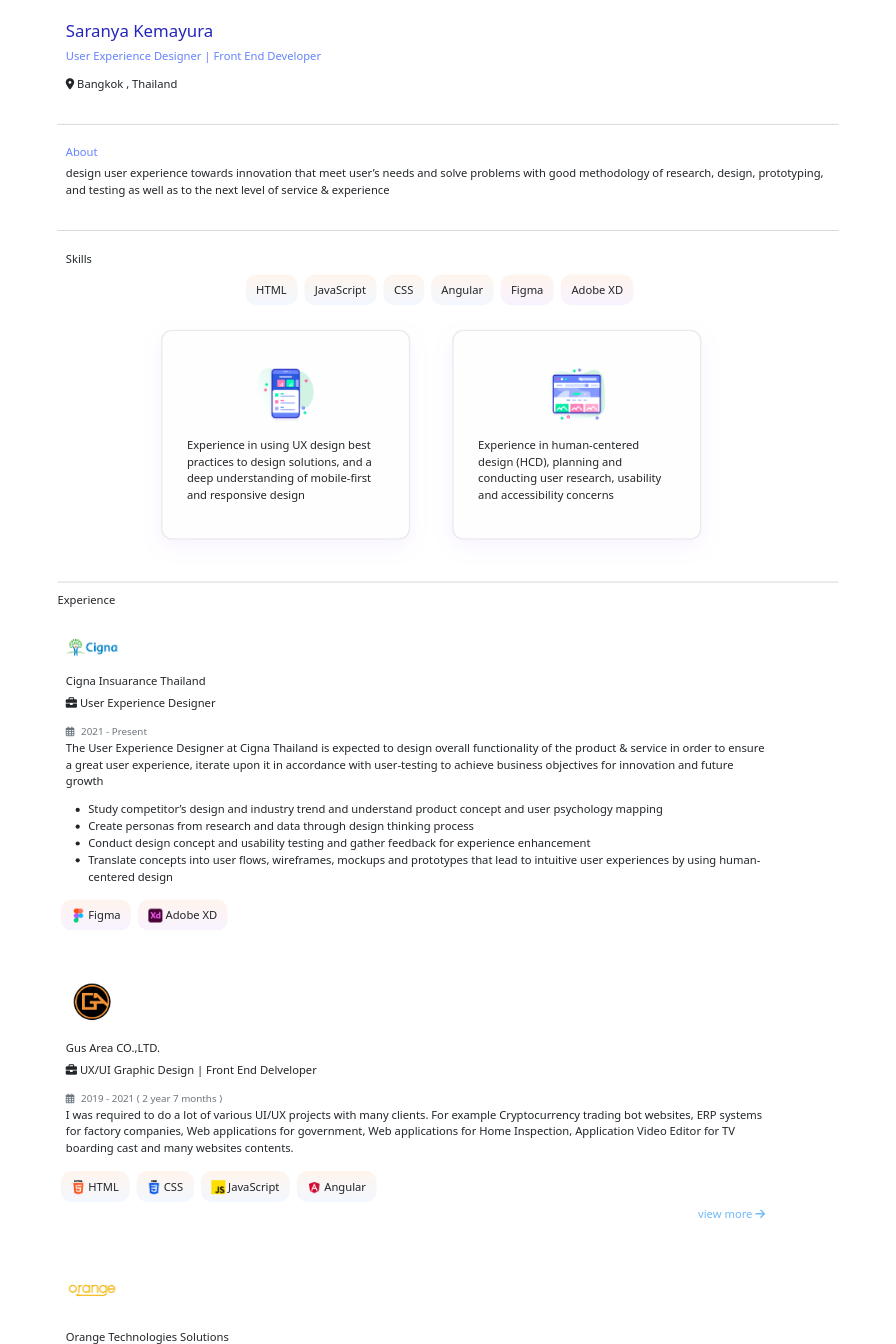
Repository: 0910th/portfolio
Page: index.html
These files come from the project's save history. The page is drawn as it stood at one moment and after the next save; the edit follows.
The browser window is 1280 px wide. The pictures show the part of the page from y = 0 to 1920 px (the page is 2951 px tall), at 70% of full size.

Above is the page before, as saved 2022-12-23 16:49:50.

### index.html
<!doctype html>
<html lang="en">

<head>
    <meta charset="utf-8">
    <meta name="viewport" content="width=device-width, initial-scale=1">
    <title>Saranya Portfolio</title>

    <link href="./css/bootstrap.min.css" rel="stylesheet" crossorigin="anonymous">
    <link href="./css/mystyle.css" rel="stylesheet" crossorigin="anonymous">
    <!--font awesome -->
    <link rel="stylesheet" href="./fontawesome/css/all.css" type="text/css">
    <link rel="stylesheet" href="./fontawesome/css/fontawesome.css">
    <link rel="stylesheet" href="./fontawesome/css/brands.css">
    <link rel="stylesheet" href="./fontawesome/css/solid.css">
</head>

<body>

    <div class="container-md">
        <!-- Content here -->
        <!-- section01 Name  -->
        <div class="row mg-30">
            <h4 class="purple-deep">Saranya Kemayura</h4>
            <p class="purple-light">User Experience Designer | Front End Developer</p>
            <p><i class="fa-solid fa-location-dot"></i> Bangkok , Thailand </p>
        </div>
        <hr>
        <div class="row mg-30 bg-gradient-head">

            <h6 class="purple-light">About</h6>
            <p >design user experience towards innovation that meet user’s needs and solve problems with good methodology of
                research,
                design, prototyping, and testing as well as to the next level of service & experience</p>
        </div>
        <hr>
        <div class="row mg-30">
            <h6>Skills</h6>
            <div class="row justify-content-center">
                <div class="badge-text code">HTML</div>
                <div class="badge-text code">JavaScript</div>
                <div class="badge-text code">CSS</div>
                <div class="badge-text code">Angular</div>
                <div class="badge-text design">Figma</div>
                <div class="badge-text design">Adobe XD</div>
            </div>


            <div class="row">
                <div class="row justify-content-center">
                    <div class="col-md-4 col-sm-6 col-sx-12 card-skills">
                        <img class="card-icon" src="/images/user-interface.png">
                        Experience in using UX design best practices to design solutions, and a deep understanding of mobile-first and
                        responsive design
                    </div>
                    <div class="col-md-4 col-sm-6 col-sx-12 card-skills">
                        <img class="card-icon" src="/images/user-interface-research.png">
                        Experience in human-centered design (HCD), planning and conducting user research, usability and accessibility concerns
                    </div>
                </div>
            </div>

        </div>
        <hr>
        <div class="row">

            <h6>Experience</h6>
            <div class="row mg-30 vertical-line">
                <div class="col">
                    <img class="office-logo" src="/images/cignalogo.png">
                </div>
                <div class="col-11">
                    <h6> Cigna Insuarance Thailand </h6>
                    <p><i class="fa-solid fa-briefcase"></i> User Experience Designer </p>
                    <small class="text-muted"> <i class="fa-regular fa-calendar-days"></i> 2021 - Present </small>

                    <p > The User Experience Designer at Cigna Thailand is expected to design overall functionality of the product & service in
                    order to ensure a great user experience, iterate upon it in accordance with user-testing to achieve business objectives
                    for innovation and future growth </p>
                        <ul>
                            <li>Study competitor’s design and industry trend and understand product concept and user psychology mapping</li>
                            <li>Create personas from research and data through design thinking process</li>
                            <li>Conduct design concept and usability testing and gather feedback for experience enhancement</li>
                            <li>Translate concepts into user flows, wireframes, mockups and prototypes that lead to intuitive user experiences by
                            using human-centered design</li>
                        </ul>
                        <div class="row">
                            <div class="badge-text design"><img src="/images/figma.png" class="icon-logo"> Figma </div>
                            <div class="badge-text design"><img src="/images/xd.png" class="icon-logo"> Adobe XD </div>

                        </div>
                </div>

            </div>
            <div class="row mg-30 vertical-line">
                <div class="col">
                    <img class="office-logo" src="/images/guslogo.png">
                </div>
                <div class="col-11">
                    <h6> Gus Area CO.,LTD.   </h6>
                    <p> <i class="fa-solid fa-briefcase"></i> UX/UI Graphic Design | Front End Delveloper </p>
                    <small class="text-muted"> <i class="fa-regular fa-calendar-days"></i> 2019 - 2021 ( 2 year 7 months ) </small>

                    <p> I was required to do a lot of various UI/UX projects with many clients. For example Cryptocurrency trading bot websites,
                    ERP systems for factory companies, Web applications for government, Web applications for Home Inspection, Application
                    Video Editor for TV boarding cast and many websites contents.  </p>
                    <div class="row">
                        <div class="badge-text code"><img src="/images/html-5.png" class="icon-logo"> HTML </div>
                        <div class="badge-text code"><img src="/images/css-3.png" class="icon-logo"> CSS </div>
                        <div class="badge-text code"><img src="/images/js.png" class="icon-logo"> JavaScript </div>
                        <div class="badge-text code"><img src="/images/angular.png" class="icon-logo"> Angular </div>
                    </div>
                    <div class="align-end">
                        <a href="https://drive.google.com/file/d/1GT6gE9DtqS3qcQ0BoRsfJf4KunN4CFvU/view?usp=share_link" target="_blank"> view
                            more <i class="fa-sharp fa-solid fa-arrow-right"></i> </a>
                    </div>

                </div>

            </div>
            <div class="row mg-30 vertical-line">
                <div class="col">
                    <img class="office-logo" src="/images/orangelogo.jpg">
                </div>
                <div class="col-11">
                    <h6> Orange Technologies Solutions   </h6>
                    <p> <i class="fa-solid fa-briefcase"></i> Graphics Design </p>
                    <small class="text-muted"> <i class="fa-regular fa-calendar-days"></i> 2018 ( 3 months Internship ) </small>

                    <p> Determining the structure and design of web pages and made
                        ensuring web design is optimized for smartphones. Utilizing a variety of
                        markup languages to write web pages. Support customer in maintenance
                        service program. </p>
                    <div class="row">
                        <div class="badge-text code"><img src="/images/html-5.png" class="icon-logo"> HTML </div>
                        <div class="badge-text code"><img src="/images/css-3.png" class="icon-logo"> CSS </div>
                    </div>
                    <div class="align-end">
                        <a href="https://drive.google.com/file/d/1MODC7KRE6SoKk1lN0rvdMFdlt3xqDC_x/view?usp=sharing" target="_blank"> view
                            more <i class="fa-sharp fa-solid fa-arrow-right"></i> </a>
                    </div>
                </div>

            </div>
            <div class="row mg-30 vertical-line">
                <div class="col">
                    <img class="office-logo" src="/images/siamlogo.jpg">
                </div>
                <div class="col-11">
                    <h6> Siam University </h6>
                    <p> <i class="fa-solid fa-graduation-cap"></i> Bachelor of Science,Computer Science </p>
                    <small class="text-muted"> <i class="fa-regular fa-calendar-days"></i> Jun 2014 - Oct 2018 </small>

                    <div class="row mg-30">
                        <div class="col-md-2"> Project Name </div>
                        <div class="col-md-10"> Web application management of data for cooperation and public
                        relations. </div>
                    </div>
                    <div class="row mg-30">
                        <div class="col-md-2"> Description </div>
                        <div class="col-md-10"> Manage Co-Operated Case Study For Baan Fah Green Park Royal
                            Thonburirom </div>
                    </div>
                    <div class="row mg-30">
                        <div class="col-md-2"> Responsibilities </div>
                        <div class="col-md-10"> Front-End, UX/UI Design, System Algorithm Design, Project Management. </div>
                    </div>
                    <div class="row">
                        <div class="row">
                            <div class="badge-text code"><img src="/images/html-5.png" class="icon-logo"> HTML </div>
                            <div class="badge-text code"><img src="/images/css-3.png" class="icon-logo"> CSS </div>
                            <div class="badge-text code"><img src="/images/js.png" class="icon-logo"> JavaScript </div>
                            <div class="badge-text code"><img src="/images/angular.png" class="icon-logo"> Angular </div>
                            <div class="badge-text code"><img src="/images/firebaselogo.png" class="icon-logo"> Firebase </div>

                        </div>
                    </div>
                    <div class="align-end">
                        <a href="https://drive.google.com/file/d/1-WiQ9sEVFjpiMQZhy3hezphQuEG-YV4b/view?usp=sharing" target="_blank"> view more <i class="fa-sharp fa-solid fa-arrow-right"></i> </a>
                    </div>
                </div>

            </div>
        </div>
        <hr>
        <h6>Licenses & Certificate</h6>
        <div class="row">


                <div class="col-md-6 mg-30">
                    <div class="row">
                        <div class="col-md-2">
                            <img class="office-logo" src="/images/tdclogo.jpg">
                        </div>
                        <div class="col-md-10">
                            <h6>User Experience UX(Design):Design Solutions for your Users</h6>
                            <p>Thammasat Design Center (TDC)</p>
                            <small class="text-muted"> Issued Feb 2022 </small>
                            <div class="">
                                <a class="btn btn-outline-primary"
                                    href="https://drive.google.com/file/d/1K9nLmPM9IpYpREJaLTQpupgg0pyApNxf/view?usp=sharing" target="_blank">Show
                                    credential <i class="fa-solid fa-up-right-from-square"></i> </a>
                            </div>
                        </div>
                    </div>

                </div>
                <div class="col-md-6 mg-30">
                    <div class="row">
                        <div class="col-md-2">
                            <img class="office-logo" src="/images/skooldiologo.jpg">
                        </div>
                        <div class="col-md-10">
                            <h6>UX Writing</h6>
                            <p>Skooldio (TDC)</p>
                            <small class="text-muted"> Issued Dec 2022 </small>
                            <div class="">
                                <a class="btn btn-outline-primary" href="https://drive.google.com/file/d/1BEAHY4evkZaUVi4WXsF9LlQV7Dov4a3x/view?usp=sharing" target="_blank">Show credential <i class="fa-solid fa-up-right-from-square"></i> </a>
                            </div>
                        </div>
                    </div>

                </div>

        </div>

    </div>

    <!-- script -->
    <script src="https://cdn.jsdelivr.net/npm/@popperjs/core@2.11.6/dist/umd/popper.min.js"
        integrity="sha384-oBqDVmMz9ATKxIep9tiCxS/Z9fNfEXiDAYTujMAeBAsjFuCZSmKbSSUnQlmh/jp3"
        crossorigin="anonymous"></script>
    <script src="https://cdn.jsdelivr.net/npm/bootstrap@5.2.3/dist/js/bootstrap.min.js"
        integrity="sha384-cuYeSxntonz0PPNlHhBs68uyIAVpIIOZZ5JqeqvYYIcEL727kskC66kF92t6Xl2V"
        crossorigin="anonymous"></script>
</body>

</html>

### css/mystyle.css
/*
body {
   background-color:  #f2f6ff;
} */
.text-right {
    text-align: right;
}
.mg-30 {
    margin: 30px 0px;
}
.purple-deep {
    color: #2626bc;
}
.purple-light {
    color: #6583fe;
}
.purple-trans {
    color:#95abff;
}
.badge-text {
    padding: 10px 15px;
    margin: 5px 5px;
    text-align: justify;
    vertical-align: middle;
    width: max-content;
    border-radius: 15px;

}
.badge-text.code {
    background-color: #f0f8ff;
    background: linear-gradient(180deg,rgba(255,153,80,.1),rgba(129, 177, 255, 0.1));
}
.badge-text.design {
    background-color: #fff3b7;
    background: linear-gradient(180deg,rgba(255,153,80,.1),rgba(184,129,255,.1));

}
.card-skills{
    background: #fefefe;
    border-radius: 16px;
    border: 2px solid #ebebeb;
    padding: 50px 35px;
    margin: 30px;
    box-shadow: 0 10px 30px rgba(184,129,255,.1);
}
.card-icon {
    text-align: center;
    display: block;
    width: 80px;
    height: auto;
    margin-left: auto;
    margin-right: auto;
    margin-bottom: 20px;
}
.icon-logo {
    max-width: 20px;
    height: auto;
}
.office-logo {
    max-width: 75px;
    margin-bottom: 20px;
}
.align-end {
    text-align: right;
}
.align-end a {
    text-decoration: none;
    color: #6fb9fa;
}
.align-end a:hover {
    color:#54adfa;
}
small > i {
    margin-right: 6px;
}
a.btn.btn-outline-primary {
    margin: 10px 0;
    color:  #6fb9fa;
    border: 2px solid #6fb9fa;

}
a.btn.btn-outline-primary:hover {
    color:  #ffffff;
    border-color: #54adfa;
    background-color:  #54adfa;
}
@media (max-width:450px) {
    .vertical-line {
        border-left: 2px solid #e3e3e3;
        margin-left: 15px;
    }
}

Loaded but not shown: css/bootstrap.min.css (library); fontawesome/css/all.css (library); fontawesome/css/fontawesome.css (library); fontawesome/css/solid.css (common file); fontawesome/css/brands.css (1432 lines, source omitted)

After the next save:
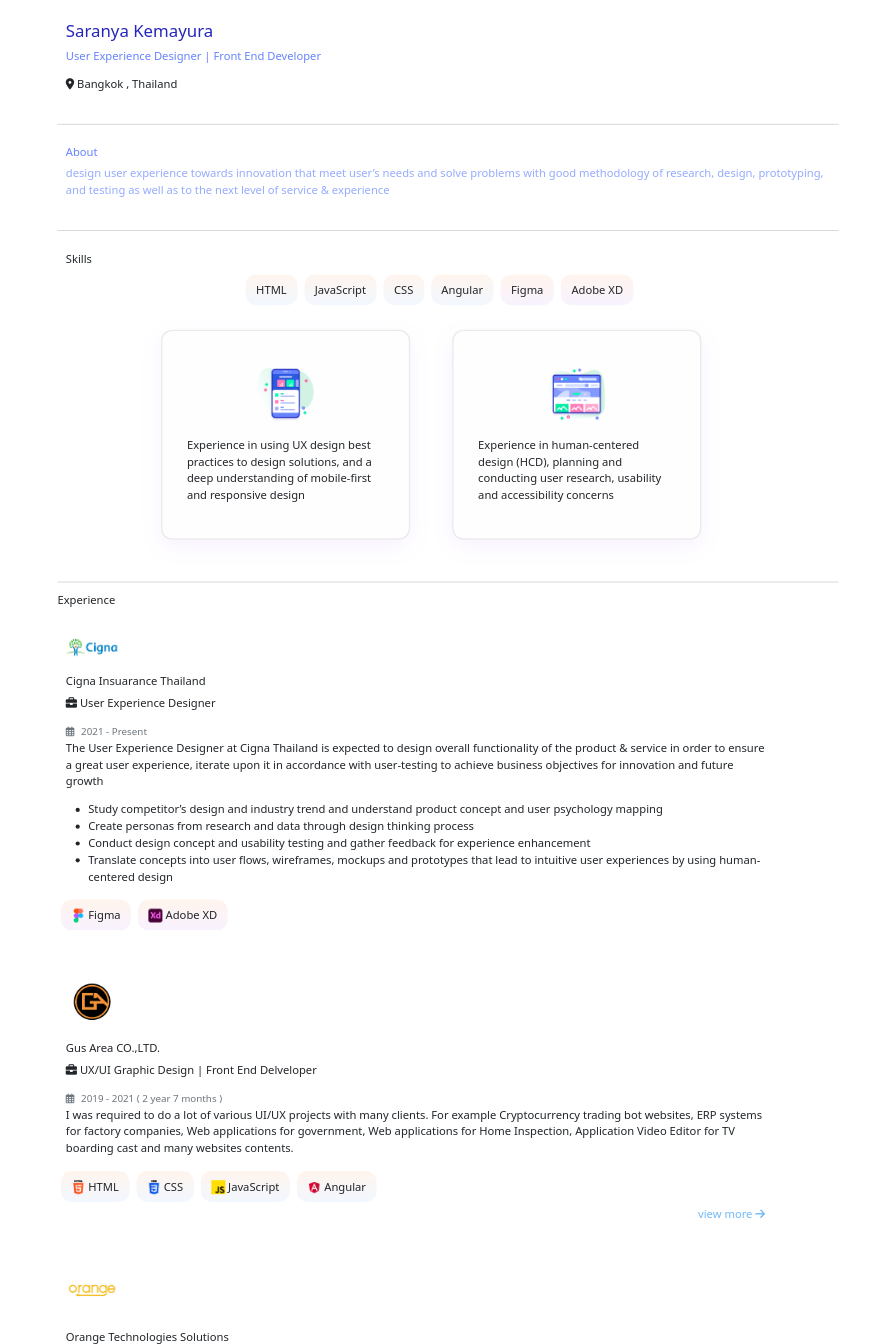
Saved 40 s later.
--- a/index.html
+++ b/index.html
@@ -29,7 +29,7 @@
         <div class="row mg-30 bg-gradient-head">
 
             <h6 class="purple-light">About</h6>
-            <p >design user experience towards innovation that meet user’s needs and solve problems with good methodology of
+            <p class="purple-trans">design user experience towards innovation that meet user’s needs and solve problems with good methodology of
                 research,
                 design, prototyping, and testing as well as to the next level of service & experience</p>
         </div>
